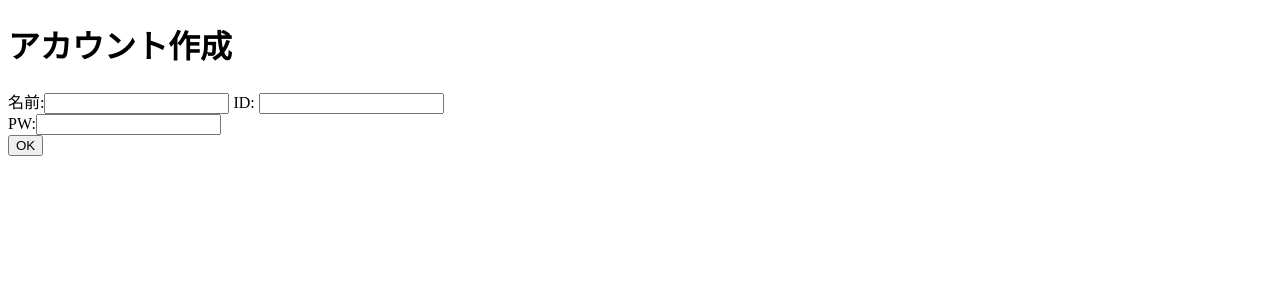
Repository: s-Zenya/SD-2017
Page: eclipse/Family/WebContent/personalAccountCreate/personalAccountCreate.html
The author's editor kept a copy of each file at every save. The page is drawn from the files as they stood at one save, then again after the next save.
The browser window is 1280 px wide. The pictures show the whole page.

Above is the page before, as saved 2017-09-29 04:16:03.

After the next save:
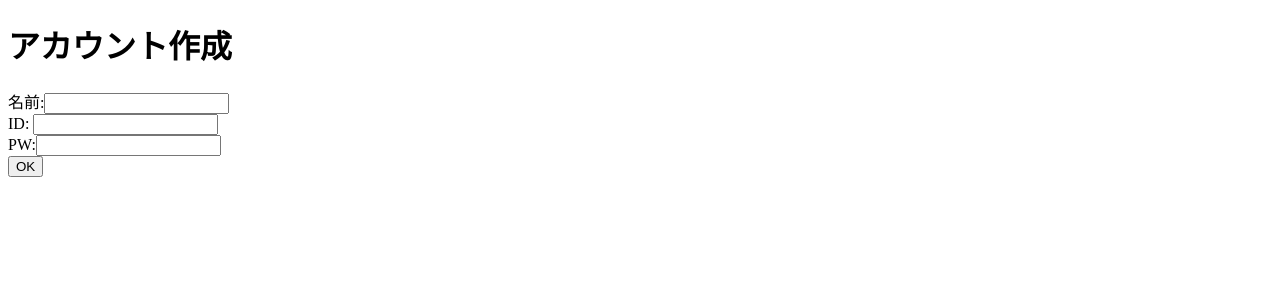
Saved 16 s later.
--- a/eclipse/Family/WebContent/personalAccountCreate/personalAccountCreate.html
+++ b/eclipse/Family/WebContent/personalAccountCreate/personalAccountCreate.html
@@ -7,7 +7,7 @@
 <body>
 	<h1>アカウント作成</h1>
 	<form action="" method="post">
-		名前:<input type = "text" name = "name">
+		名前:<input type = "text" name = "name"><br>
 		ID: <input type="text" name="id"><br>
 		PW:<input type="text" name="pw"><br>
 		<input type="submit"value="OK">
